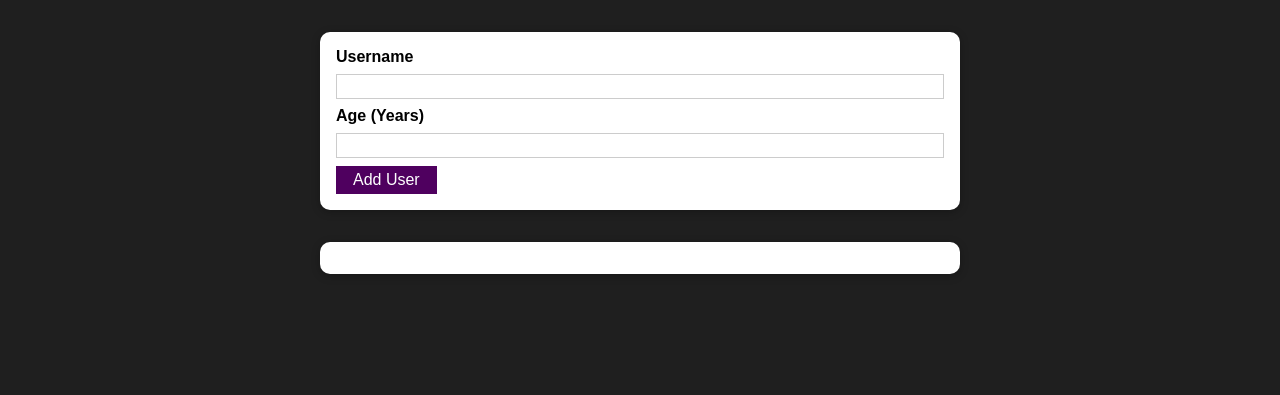
Repository: wenxi0504/React-userInput
Page: /
The author's editor kept a copy of each file at every save. The page is drawn from the files as they stood at one save, then again after the next save.
The browser window is 1280 px wide. The pictures show the whole page.
The project was rebuilt for these pictures with package versions that can differ from the ones it lists, and the page was loaded fresh each time.

Above is the page before, as saved 2022-06-01 00:47:57.

After the next save:
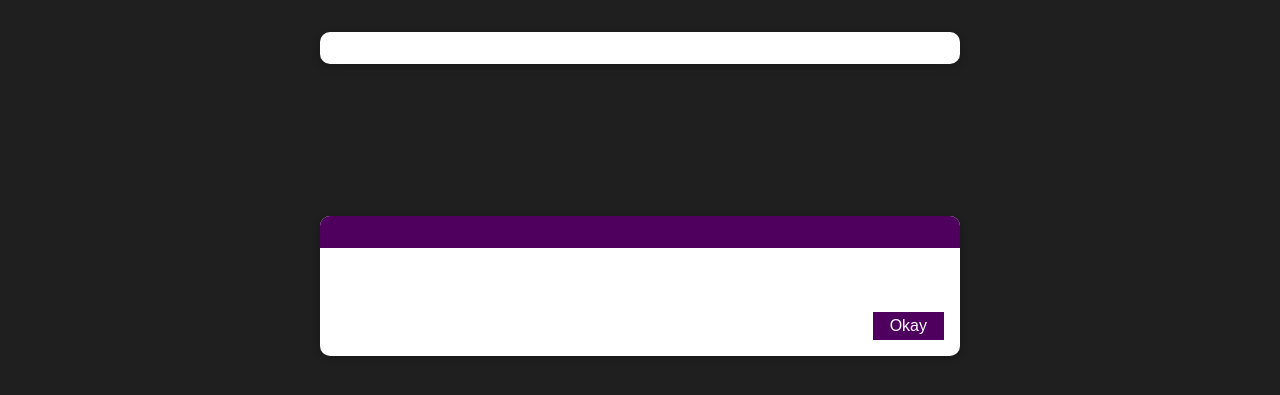
Saved 90 s later.
--- a/src/components/Users/AddUser.js
+++ b/src/components/Users/AddUser.js
@@ -2,6 +2,7 @@ import React, { useState } from "react";
 import Card from "../UI/Card";
 import Button from "../UI/Button";
 import classes from "./AddUser.module.css";
+import ErrorModel from "../UI/ErrorModel";
 
 const AddUser = (props) => {
   // enteredUser is the latest snapshot of the state
@@ -34,27 +35,29 @@ const AddUser = (props) => {
 
   // addUserHandler()means call immediately value是双向绑定使value为最新的值
   return (
-    <Card className={classes.input}>
-      <form onSubmit={addUserHandler}>
-        <label htmlFor="username">Username</label>
-        <input
-          id="username"
-          name="username"
-          type="text"
-          value={enteredUsername}
-          onChange={usernameChangeHandler}
-        />
-        <label htmlFor="age">Age (Years)</label>
-        <input
-          id="age"
-          type="number"
-          value={enteredAge}
-          name="age"
-          onChange={ageChangeHandler}
-        />
-        <Button type="submit">Add User</Button>
-      </form>
-    </Card>
+    <ErrorModel>
+      <Card className={classes.input}>
+        <form onSubmit={addUserHandler}>
+          <label htmlFor="username">Username</label>
+          <input
+            id="username"
+            name="username"
+            type="text"
+            value={enteredUsername}
+            onChange={usernameChangeHandler}
+          />
+          <label htmlFor="age">Age (Years)</label>
+          <input
+            id="age"
+            type="number"
+            value={enteredAge}
+            name="age"
+            onChange={ageChangeHandler}
+          />
+          <Button type="submit">Add User</Button>
+        </form>
+      </Card>
+    </ErrorModel>
   );
 };
 
